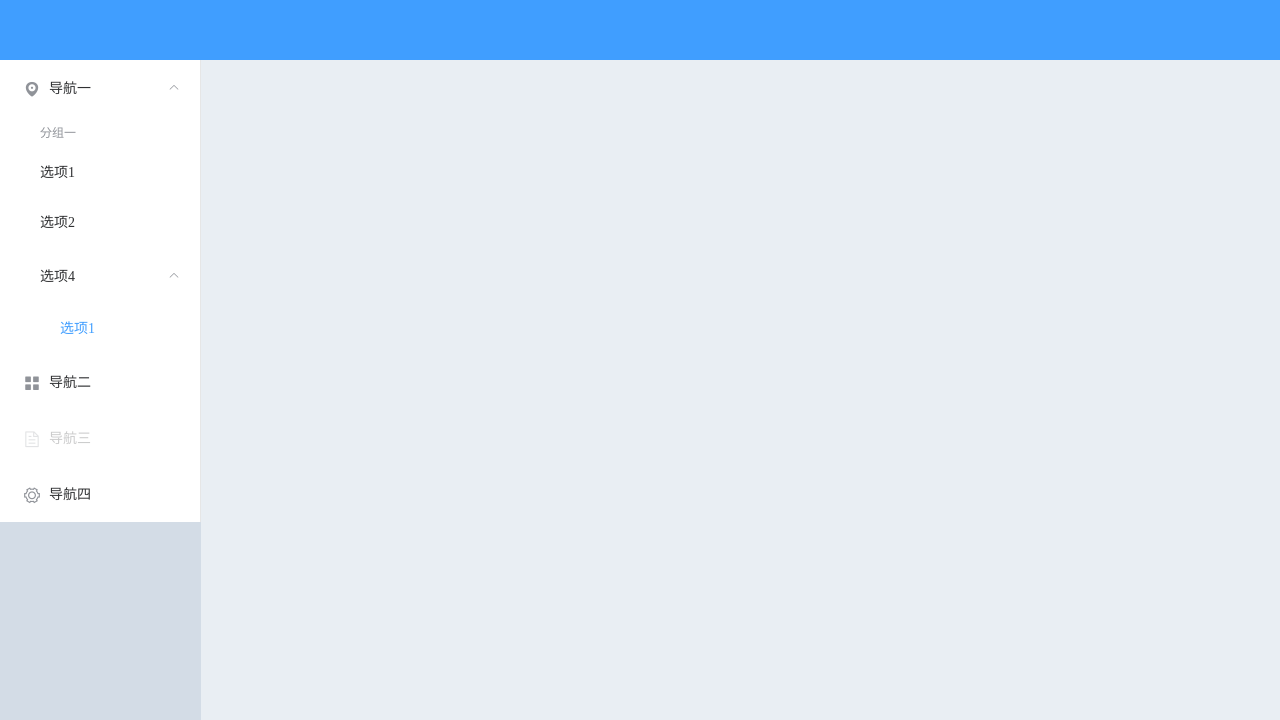
Repository: 960519152/elementui-demo-byf
Page: /#/
An editor plug-in stored every save of this project. The page is shown before and after the next save, followed by the edit.
The browser window is 1280 px wide. The pictures show the whole page.
The project was rebuilt for these pictures with package versions that can differ from the ones it lists, and the page was loaded fresh each time. Also part of the build but not shown: src/components/HelloWorld.vue, src/components/Tx.vue, src/components/Tes.vue.

Above is the page before, as saved 2019-05-14 10:48:11.

After the next save:
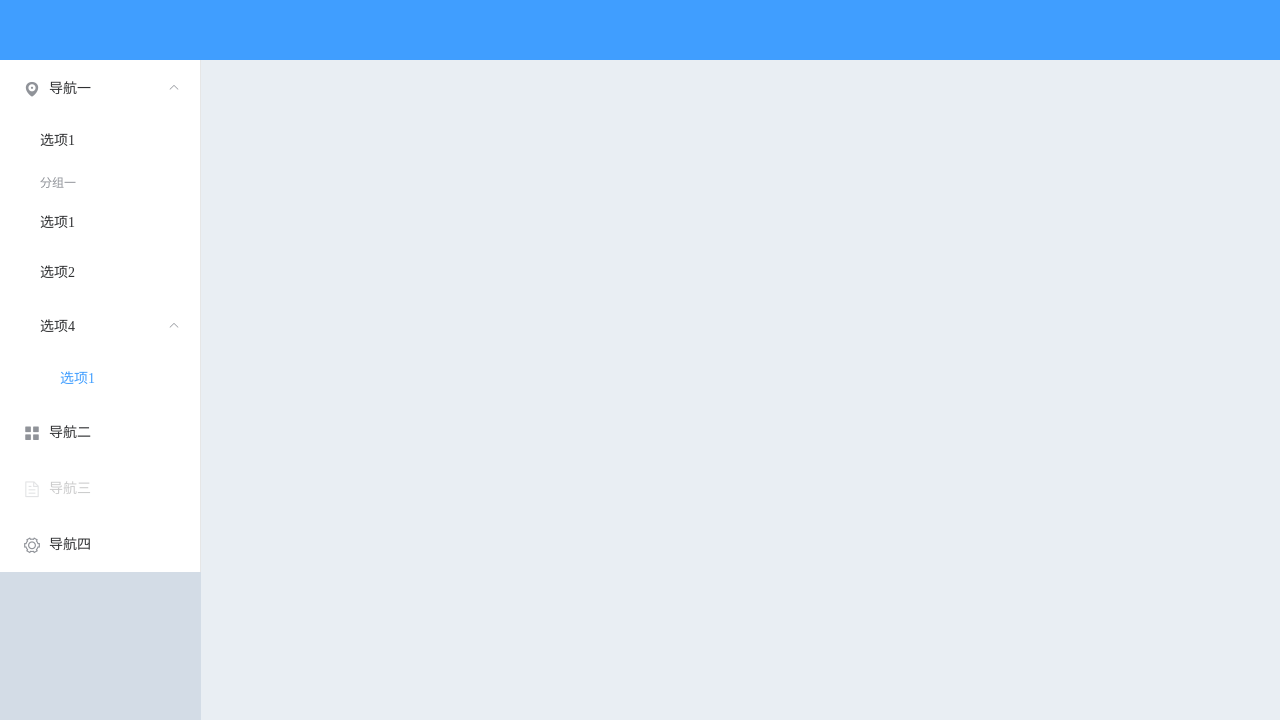
Saved 33 s later.
--- a/src/components/Home.vue
+++ b/src/components/Home.vue
@@ -36,6 +36,7 @@
       <i class="el-icon-location"></i>
       <span slot="title">导航一</span>
     </template>
+     <el-menu-item index="1-1">选项1</el-menu-item>
     <el-menu-item-group>
       <span slot="title">分组一</span>
       <el-menu-item index="1-1">选项1</el-menu-item>
